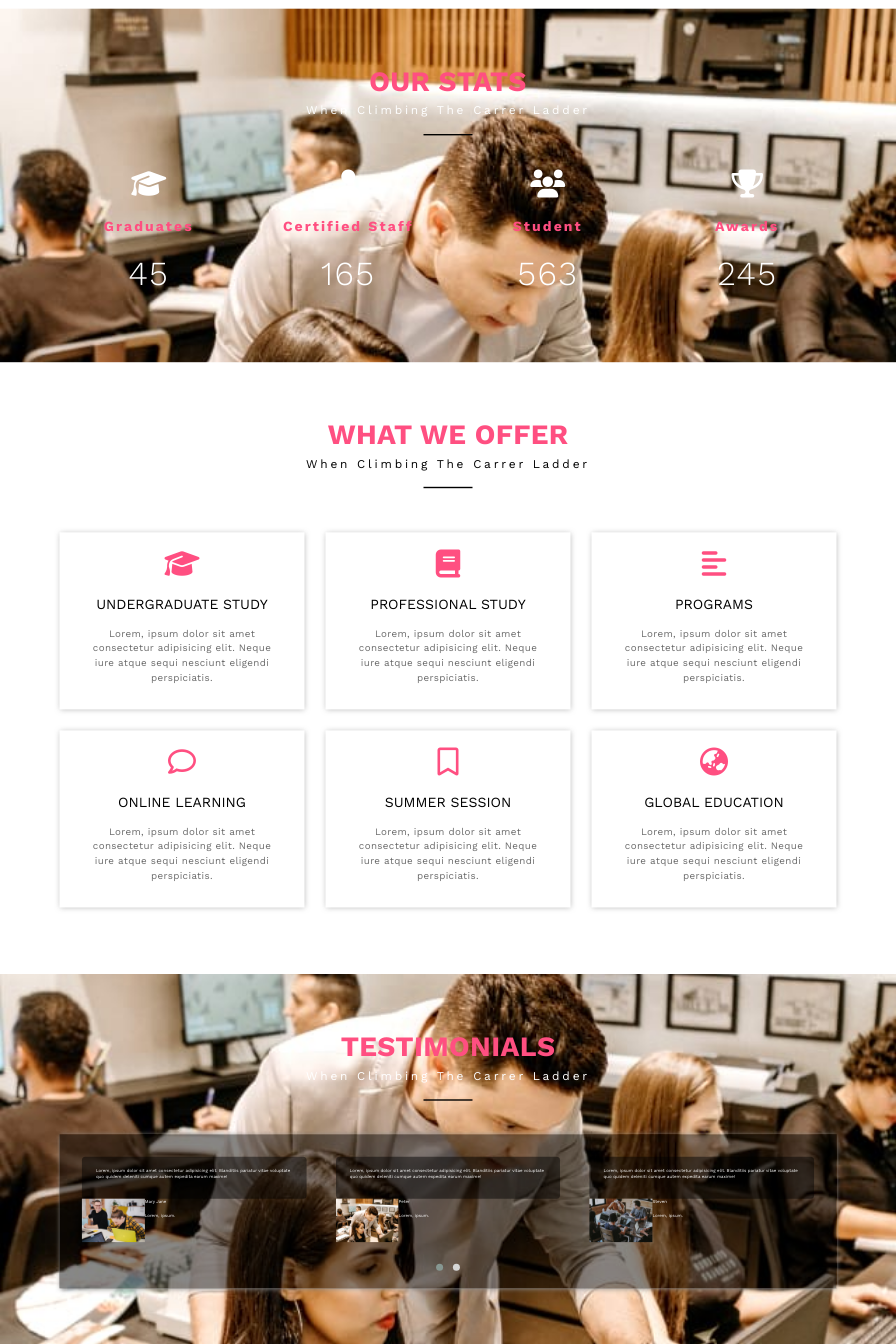
Repository: tudo1611/BC44_BOOTSTRAP_B7_INSTRUCTION_DO-TRUNG-TU
Page: index.html
The author's editor kept a copy of each file at every save. The page is drawn from the files as they stood at one save, then again after a run of saves.
The browser window is 1280 px wide. The pictures show the part of the page from y = 1789 to 3709 px (the page is 3709 px tall), at 70% of full size.
Backgrounds fixed to the window are drawn as part of the page.

Above is the page before, as saved 2023-01-20 14:36:12.

After the next 4 saves:
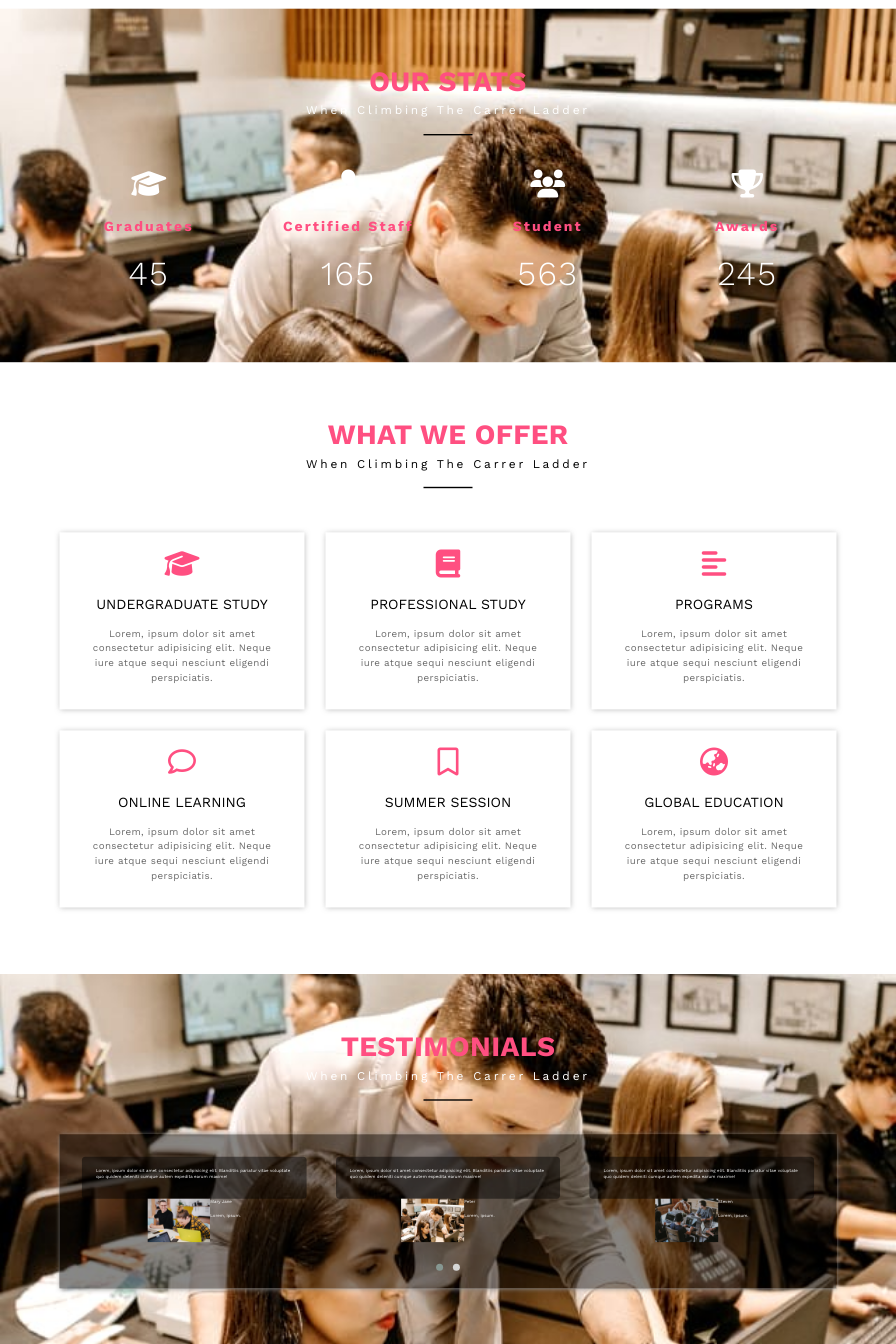
The 4 saves are shown as one change because they came seconds apart.
The last was saved 42 s later.
--- a/css/index.css
+++ b/css/index.css
@@ -275,4 +275,5 @@ html, body{
 }
 .feedback__bottom{
     display: flex;
-}
+    justify-content: center;
+}
